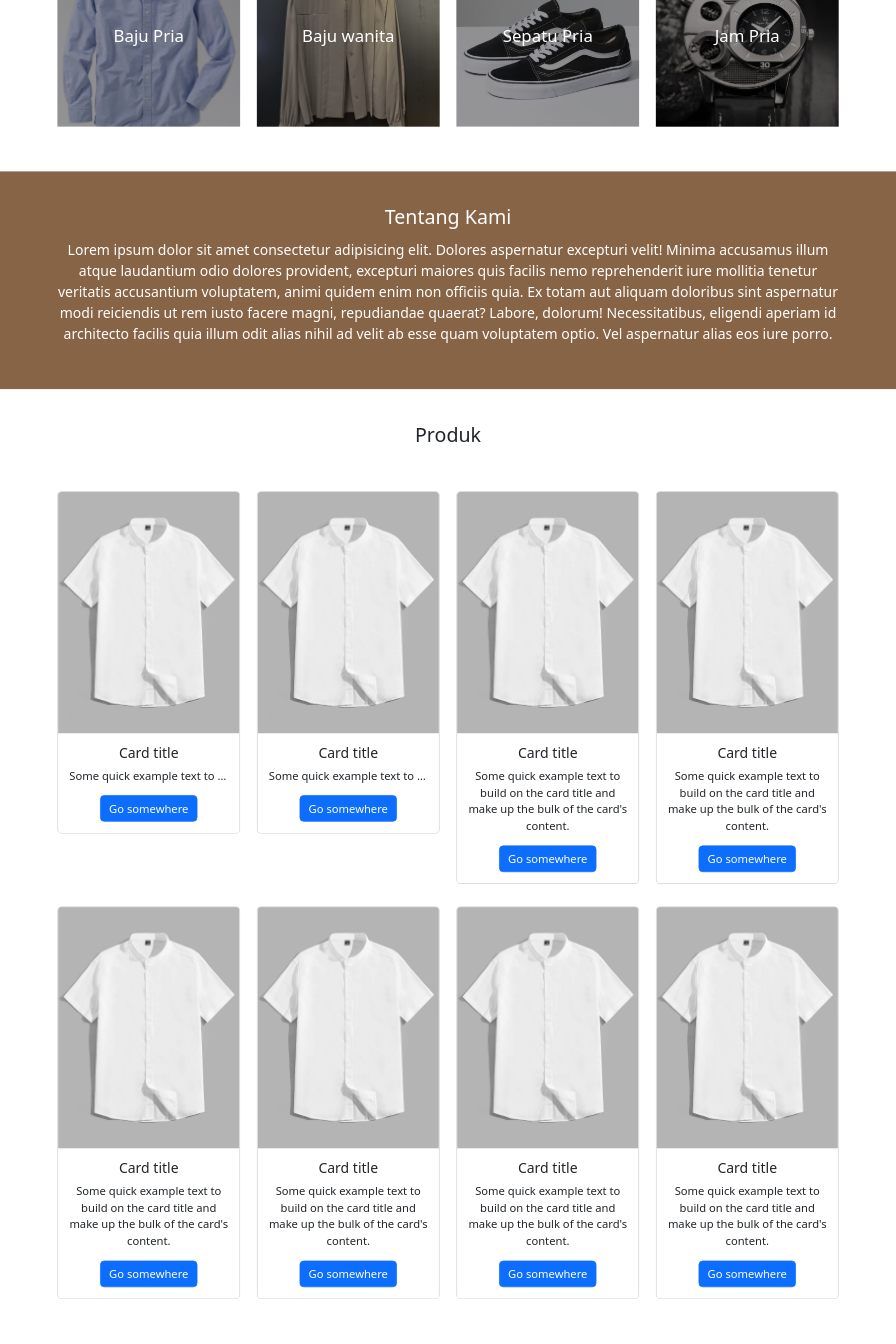
Repository: herman165/tugas_uas
Page: http://localhost/
An editor plug-in stored every save of this project. The page is shown before and after a run of saves, followed by the edit.
The browser window is 1280 px wide. The pictures show the part of the page from y = 847 to 2767 px (the page is 2767 px tall), at 70% of full size.
The page is run by PHP 8.4 with error messages shown; the project is at /var/www/html/.

Above is the page before, as saved 2024-12-10 01:42:06.

### index.php
<!DOCTYPE html>
<html lang="en">
<head>
    <meta charset="UTF-8">
    <meta name="viewport" content="width=device-width, initial-scale=1.0">
    <title>Toko Page</title>
    <link rel="stylesheet" href="bootstrap/css/bootstrap.min.css">
    <link rel="stylesheet" href="fontawesome/css/all.min.css">
    <link rel="stylesheet" href="css/style.css">

</head>
<body>
    <!-- Navbar -->
    <?php require "navbar.php"; ?>
    <!-- Banner -->
    <div class="container-fluid banner d-flex align-items-center">
       <div class="container text-center text-white py-5">
            <h1 class="mt-4">Selamat Datang di Toko Online Fashion</h1>
            <h3>Mau Cari Apa?</h3>
            <div class="col-md-6 mx-auto offset-md-3">
                <form method="get" action="produk.php">
                    <div class="input-group input-group-lg mb-3 my-4">
                        <input type="text" class="form-control" placeholder="Cari Produk" aria-label="Cari Produk" aria-describedby="button-addon2" name="keyword">
                        <button type="submit" class="btn-btn warna2 text-white" type="button" id="button-addon2">Telusuri</button>
                    </div>
                </form>
            </div>
       </div>
    </div>
    <!-- Kategori -->
     <div class="container-fluid py-5">
        <div class="container text-center ">
            <h3>Kategori Terlaris</h3>
            <div class="row mt-5">
                <div class="col-md-3 py-3">
                    <div class="highlighted-kategori kategori-baju-pria d-flex justify-content-center align-items-center">
                        <h4 ><a class="  no-decoration"  href="produk.php?kategori=Baju Pria">Baju Pria</a></h4>
                    </div>
                </div>
                <div class="col-md-3 py-3">
                    <div class="highlighted-kategori kategori-baju-wanita d-flex justify-content-center align-items-center">
                         <h4><a class=" no-decoration " href="produk.php?kategori=Baju Wanita">Baju wanita</a></h4>
                    </div>
                </div>
                <div class="col-md-3 py-3 ">
                    <div class="highlighted-kategori kategori-sepatu-pria d-flex justify-content-center align-items-center">
                       <h4><a class=" no-decoration " href="produk.php?kategori=Sepatu Pria" >Sepatu Pria</a></h4>
                    </div>
                </div>
                <div class="col-md-3 py-3 ">
                    <div class="highlighted-kategori kategori-jam-pria d-flex justify-content-center align-items-center">
                         <h4><a class=" no-decoration" href="produk.php?kategori=Jam Pria">Jam Pria</a></h4>
                    </div>
                </div>
            </div>
        </div>
     </div>

     <!-- tentang kami -->
      <div class="container-fluid warna1 py-5 ">
        <div class="container text-center text-white">
           <h3>Tentang Kami</h3>
                <p class="fs-5 mt-3">
                  Lorem ipsum dolor sit amet consectetur adipisicing elit. Dolores aspernatur excepturi velit! Minima accusamus illum atque laudantium odio dolores provident, excepturi maiores quis facilis nemo reprehenderit iure mollitia tenetur veritatis accusantium voluptatem, animi quidem enim non officiis quia. Ex totam aut aliquam doloribus sint aspernatur modi reiciendis ut rem iusto facere magni, repudiandae quaerat? Labore, dolorum! Necessitatibus, eligendi aperiam id architecto facilis quia illum odit alias nihil ad velit ab esse quam voluptatem optio. Vel aspernatur alias eos iure porro.
                </p>
        </div>
      </div>

      <!-- produk -->
      <div class="container-fluid py-5">
        <div class="container text-center">
            <h3>Produk </h3>

            <div class="row mt-5">
               <div class="col-sm-6 col-md-3 py-3">
                    <div class="card">
                        <img src="image/Homens Camisa sólido pescoço não trespassado.jpg" class="card-img-top" alt="...">
                        <div class="card-body">
                            <h5 class="card-title">Card title</h5>
                            <p class="card-text text-truncate">Some quick example text to build on the card title and make up the bulk of the card's content.</p>
                            <a href="#" class="btn btn-primary">Go somewhere</a>
                        </div>
                    </div>
               </div>
               <div class="col-sm-6 col-md-3 py-3">
                    <div class="card">
                        <img src="image/Homens Camisa sólido pescoço não trespassado.jpg" class="card-img-top" alt="...">
                        <div class="card-body">
                            <h5 class="card-title">Card title</h5>
                            <p class="card-text text-truncate">Some quick example text to build on the card title and make up the bulk of the card's content.</p>
                            <a href="#" class="btn btn-primary">Go somewhere</a>
                        </div>
                    </div>
               </div>
              <div class="col-sm-6 col-md-3 py-3">
                    <div class="card">
                        <img src="image/Homens Camisa sólido pescoço não trespassado.jpg" class="card-img-top" alt="...">
                        <div class="card-body">
                            <h5 class="card-title">Card title</h5>
                            <p class="card-text">Some quick example text to build on the card title and make up the bulk of the card's content.</p>
                            <a href="#" class="btn btn-primary">Go somewhere</a>
                        </div>
                    </div>
               </div>
               <div class="col-sm-6 col-md-3 py-3">
                    <div class="card">
                        <img src="image/Homens Camisa sólido pescoço não trespassado.jpg" class="card-img-top" alt="...">
                        <div class="card-body">
                            <h5 class="card-title">Card title</h5>
                            <p class="card-text">Some quick example text to build on the card title and make up the bulk of the card's content.</p>
                            <a href="#" class="btn btn-primary">Go somewhere</a>
                        </div>
                    </div>
               </div>
                  <div class="col-sm-6 col-md-3 py-3">
                    <div class="card">
                        <img src="image/Homens Camisa sólido pescoço não trespassado.jpg" class="card-img-top" alt="...">
                        <div class="card-body">
                            <h5 class="card-title">Card title</h5>
                            <p class="card-text">Some quick example text to build on the card title and make up the bulk of the card's content.</p>
                            <a href="#" class="btn btn-primary">Go somewhere</a>
                        </div>
                    </div>
               </div>
              <div class="col-sm-6 col-md-3 py-3">
                    <div class="card">
                        <img src="image/Homens Camisa sólido pescoço não trespassado.jpg" class="card-img-top" alt="...">
                        <div class="card-body">
                            <h5 class="card-title">Card title</h5>
                            <p class="card-text">Some quick example text to build on the card title and make up the bulk of the card's content.</p>
                            <a href="#" class="btn btn-primary">Go somewhere</a>
                        </div>
                    </div>
               </div>
               <div class="col-sm-6 col-md-3 py-3">
                    <div class="card">
                        <img src="image/Homens Camisa sólido pescoço não trespassado.jpg" class="card-img-top" alt="...">
                        <div class="card-body">
                            <h5 class="card-title">Card title</h5>
                            <p class="card-text">Some quick example text to build on the card title and make up the bulk of the card's content.</p>
                            <a href="#" class="btn btn-primary">Go somewhere</a>
                        </div>
                    </div>
               </div>
               <div class="col-sm-6 col-md-3 py-3">
                    <div class="card">
                        <img src="image/Homens Camisa sólido pescoço não trespassado.jpg" class="card-img-top" alt="...">
                        <div class="card-body">
                            <h5 class="card-title">Card title</h5>
                            <p class="card-text">Some quick example text to build on the card title and make up the bulk of the card's content.</p>
                            <a href="#" class="btn btn-primary">Go somewhere</a>
                        </div>
                    </div>
               </div>
            </div>
        </div>
      </div>
    <script src="bootstrap/js/bootstrap.bundle.min.js"></script>
    <script src="fontawesome/js/all.min.js"></script>
</body>
</html>

### navbar.php
<!DOCTYPE html>
<html lang="en">
<head>
    <meta charset="UTF-8">
    <meta name="viewport" content="width=device-width, initial-scale=1.0">
    <title>Responsive Navbar</title>
     <link rel="stylesheet" href="bootstrap/css/bootstrap.min.css">

<style>

        /* Khusus tampilan HP */
        @media (max-width: 480px) {
            .navbar {
                background: linear-gradient(to right, #6a11cb, #2575fc); /* Gradient ungu ke biru */
                box-shadow: 0 4px 6px rgba(0, 0, 0, 0.3); /* Bayangan */
                border-radius: 5px; /* Membuat sudut melengkung */
            }

            .navbar-dark .nav-link {
                color: #ffffff;
                background-color: rgba(255, 255, 255, 0.2); /* Transparan putih */
                margin: 5px;
                padding: 10px;
                border-radius: 5px; /* Melengkung */
                text-align: center;
                transition: background-color 0.3s ease, color 0.3s ease;
            }

            .navbar-dark .nav-link:hover {
                background-color: rgba(255, 255, 255, 0.4); /* Lebih terang saat hover */
                color: #ffcc00; /* Warna kuning keemasan */
            }

            /* Tombol toggler */
            .navbar-dark .navbar-toggler {
                border: none;
                background-color: #ffffff; /* Putih */
                padding: 5px;
                border-radius: 3px; /* Melengkung */
            }

            .navbar-dark .navbar-toggler-icon {
                background-color: #6a11cb; /* Ungu */
                border-radius: 2px;
                width: 25px;
                height: 3px;
            }
        }

</style>

</head>
<body>
    <nav class="navbar navbar-expand-lg navbar-dark warna1">
        <div class="container">
            <button class="navbar-toggler" type="button" data-bs-toggle="collapse" data-bs-target="#navbarSupportedContent" aria-controls="navbarSupportedContent" aria-expanded="false" aria-label="Toggle navigation">
                <span class="navbar-toggler-icon"></span>
            </button>
            <div class="collapse navbar-collapse" id="navbarSupportedContent">
                <ul class="navbar-nav me-auto mb-2 mb-lg-0">
                    <li class="nav-item me-4 ">
                        <a class="nav-link " href="../adminpanel/">Home</a>
                    </li>
                    <li class="nav-item me-4 ">
                        <a class="nav-link" href="kategori.php">Kategori</a>
                    </li>
                    <li class="nav-item me-4 ">
                        <a class="nav-link" href="product.php">Product</a>
                    </li>
                </ul>
            </div>
        </div>
    </nav>

    <script src="bootstrap/js/bootstrap.bundle.min.js"></script>
</body>
</html>

### css/style.css
.warna1 {
    background-color: #876445;
}
.warna2 {
    background-color: #CA965C;
}
.warna3 {
    background-color: #EEC373;
}
.warna4 {
    background-color: #F4DFBA;
}
.banner {
    height: 80vh; /* Mengisi seluruh tinggi layar */
    background: linear-gradient(rgba(0, 0, 0, 0.4), rgba(0, 0, 0, 0.4)), url('../image/benner\ new.jpg');
    background-size: cover; /* Memastikan gambar menutupi seluruh elemen */
    background-position: center; /* Memusatkan gambar */
    background-repeat: no-repeat; /* Mencegah gambar diulang */
}



@media (max-width: 768px) {
    .banner {
        height: 30vh;
    }
}
.highlighted-kategori{
    height: 250px;

}
.no-decoration{
    text-decoration: none;
    color:white;
}
.no-decoration:hover {
    color: #EEC373;
}
.kategori-baju-pria {
  background: linear-gradient(rgba(0, 0, 0, 0.4), rgba(0, 0, 0, 0.4)), url('../image/baju\ pria.jpg');
  background-size: cover;
  background-position: center;
  background-repeat: no-repeat;
}
.kategori-baju-wanita {
  background: linear-gradient(rgba(0, 0, 0, 0.4), rgba(0, 0, 0, 0.4)), url('../image/baju\ wanita.jpg');
  background-size: cover;
  background-position: center;
  background-repeat: no-repeat;

}
.kategori-sepatu-pria {
  background: linear-gradient(rgba(0, 0, 0, 0.4), rgba(0, 0, 0, 0.4)), url('../image/Vans\ Old\ Skool\ Sneakers\ in\ Black_White\ _\ VN000D3HY28\ -\ Men\ 13_Wmn\ 14_5\ _\ Black.jpg');
  background-size: cover;
  background-position: center;
  background-repeat: no-repeat;
}
.kategori-jam-pria {
  background: linear-gradient(rgba(0, 0, 0, 0.4), rgba(0, 0, 0, 0.4)), url('../image/Kegllect\ Men\ Life\ Waterproof\ Quartz\ Watch\ Mens\ Large\ Dial\ Sport\ Wristwatch\ Jam\ Tangan\ Lelaki.jpg');
  background-size: cover;
  background-position: center;
  background-repeat: no-repeat;
}

Loaded but not shown: bootstrap/css/bootstrap.min.css (library); fontawesome/css/all.min.css (library); bootstrap/js/bootstrap.bundle.min.js (library)

After the next 3 saves:
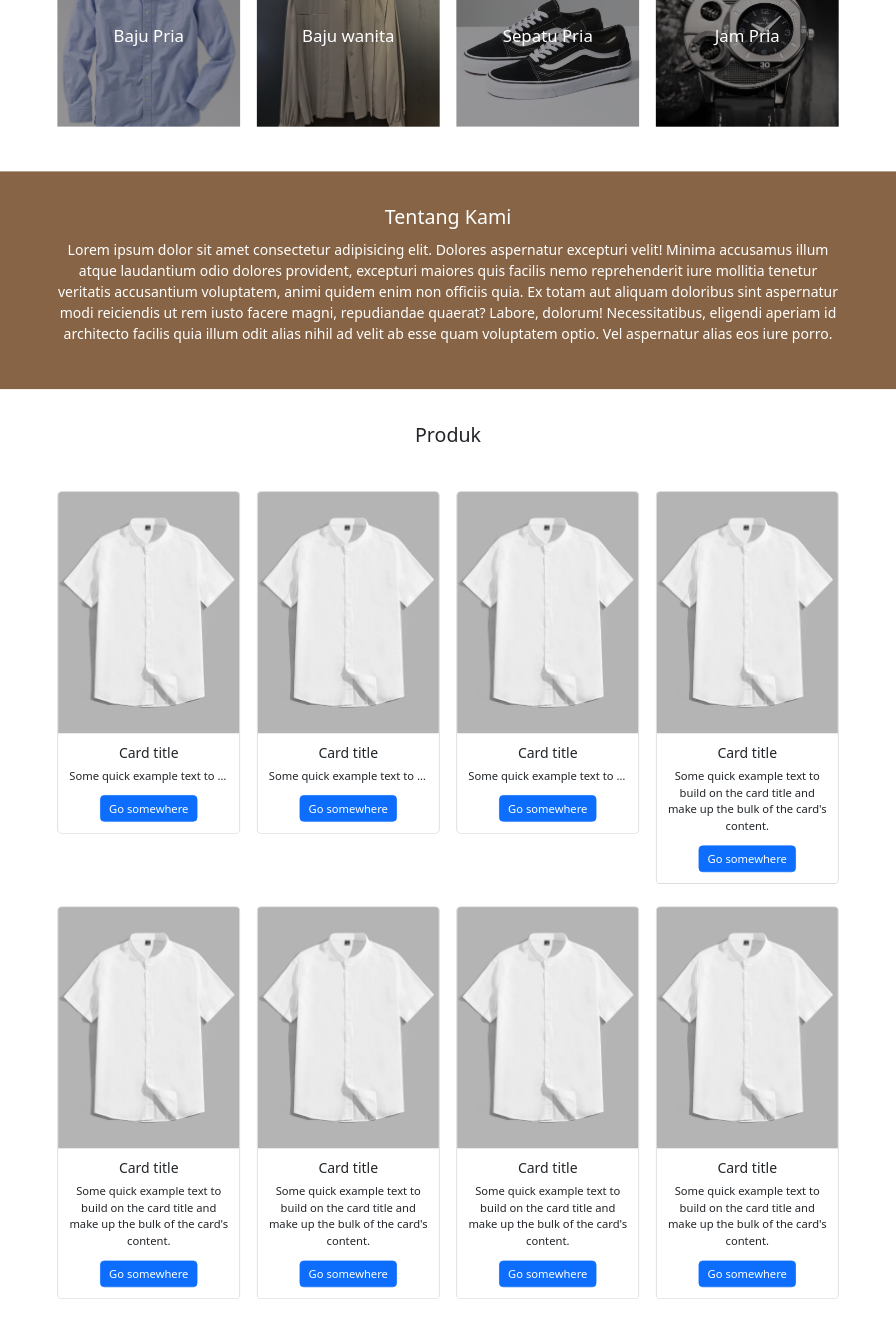
The 3 saves are shown as one change because they came seconds apart.
The last was saved 8 s later.
--- a/index.php
+++ b/index.php
@@ -97,7 +97,7 @@
                         <img src="image/Homens Camisa sólido pescoço não trespassado.jpg" class="card-img-top" alt="...">
                         <div class="card-body">
                             <h5 class="card-title">Card title</h5>
-                            <p class="card-text">Some quick example text to build on the card title and make up the bulk of the card's content.</p>
+                            <p class="card-text text-truncate">Some quick example text to build on the card title and make up the bulk of the card's content.</p>
                             <a href="#" class="btn btn-primary">Go somewhere</a>
                         </div>
                     </div>
